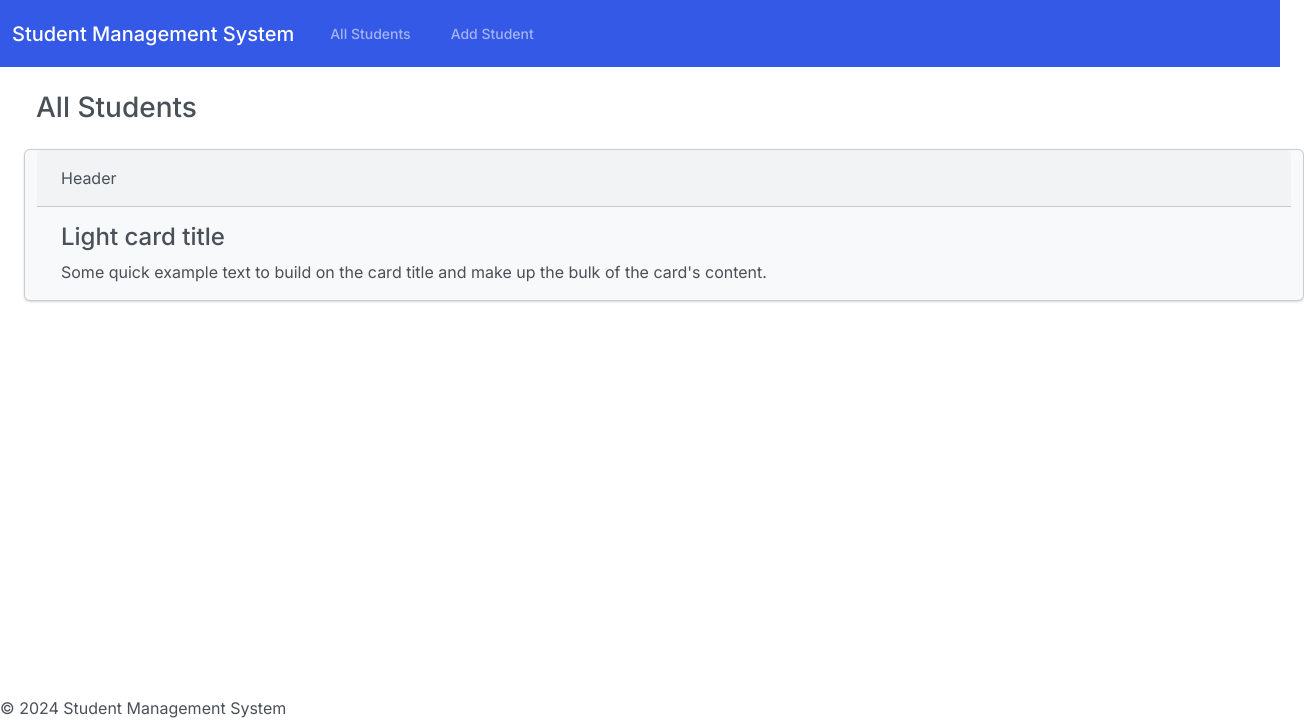
Repository: saraanbih/Student-Management-System
Page: http://localhost/
These files come from the project's save history. The page is drawn as it stood at one moment and after a run of saves; the edit follows.
The browser window is 1280 px wide. The page is 1304 px wide, so the pictures cover 1304 px, including what lies to the right of the window. The pictures show the whole page.
The page is served by the project's application, run on Django 5.2 (manage.py).

Above is the page before, as saved 2025-09-11 15:35:05.

After the next 3 saves:
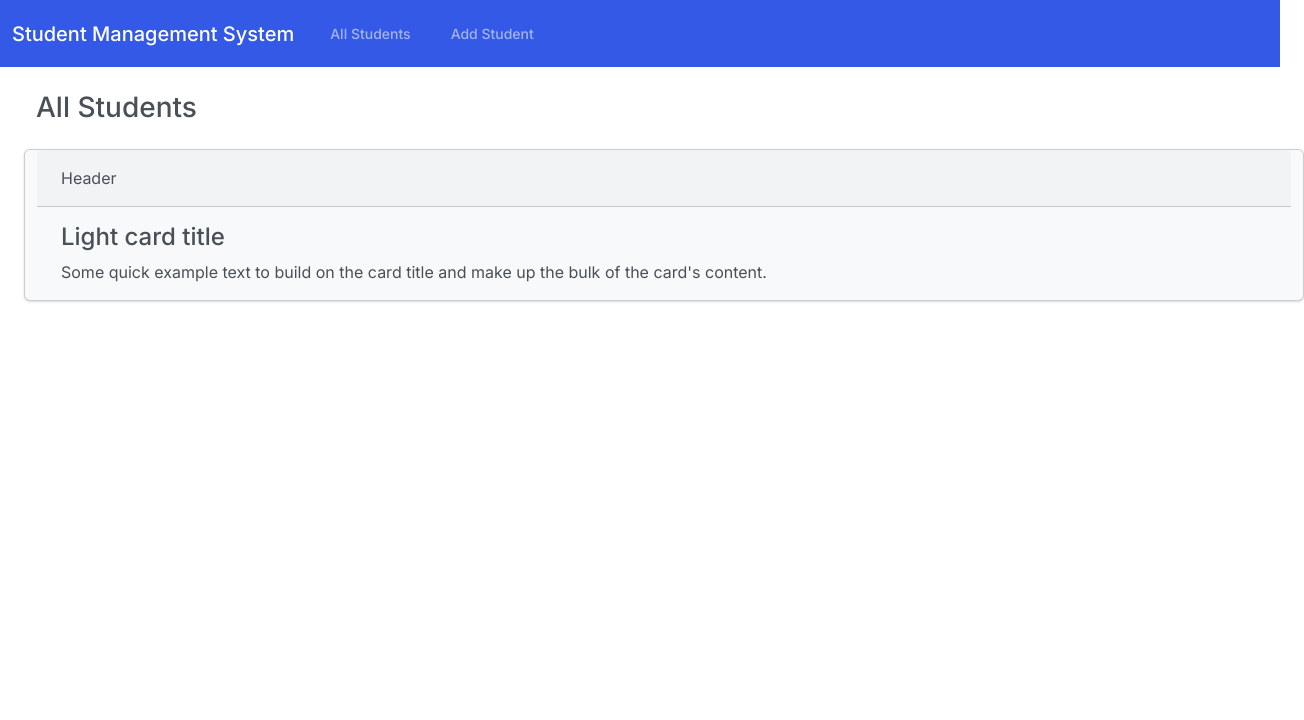
The 3 saves are shown as one change because they came seconds apart.
The last was saved 14 s later.
--- a/students/templates/students/index.html
+++ b/students/templates/students/index.html
@@ -51,7 +51,9 @@
       </div>
     </div>
     <footer class="mt-auto mp-4">
-      &copy; 2024 Student Management System
+      <div>
+
+      </div>
 
     </footer>
     <script
